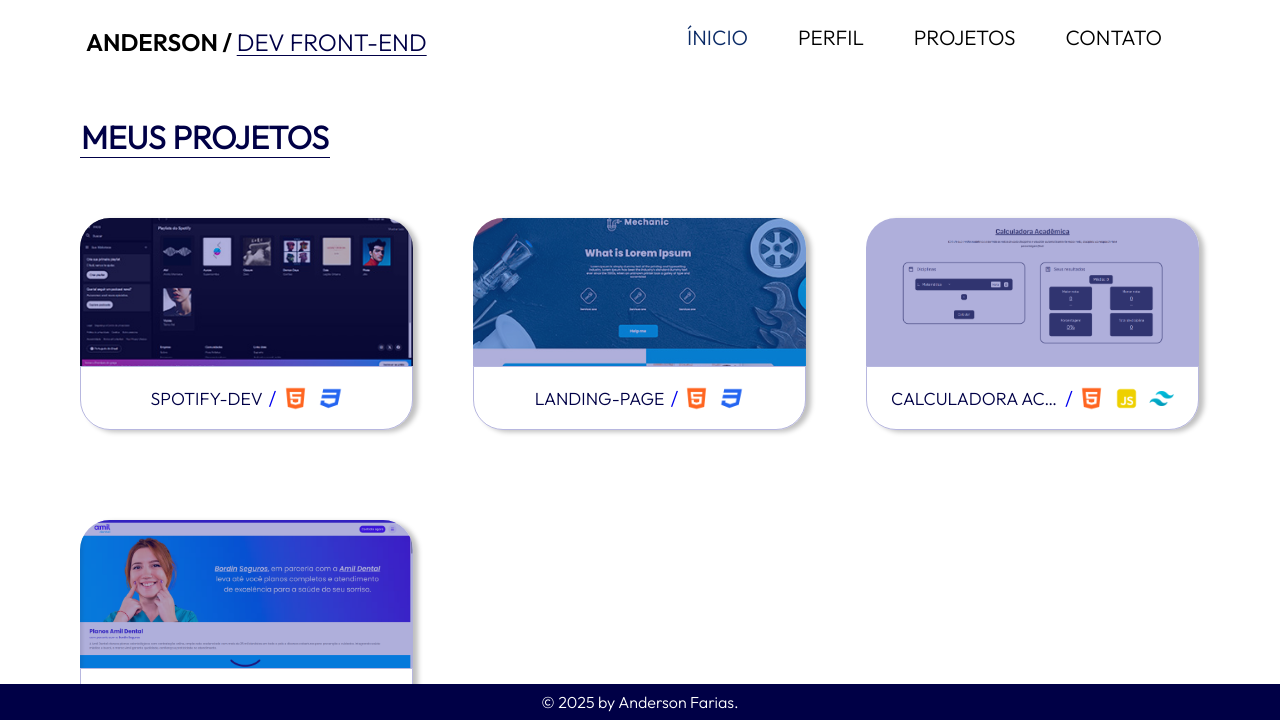
Repository: AndersonGSFarias/Portfolio
Page: html/projects.html
An editor plug-in stored every save of this project. The page is shown before and after the next save, followed by the edit.
The browser window is 1280 px wide. The pictures show the whole page.
An inner scrolling area shows only its first screen.

Above is the page before, as saved 2025-09-16 21:23:18.

After the next save:
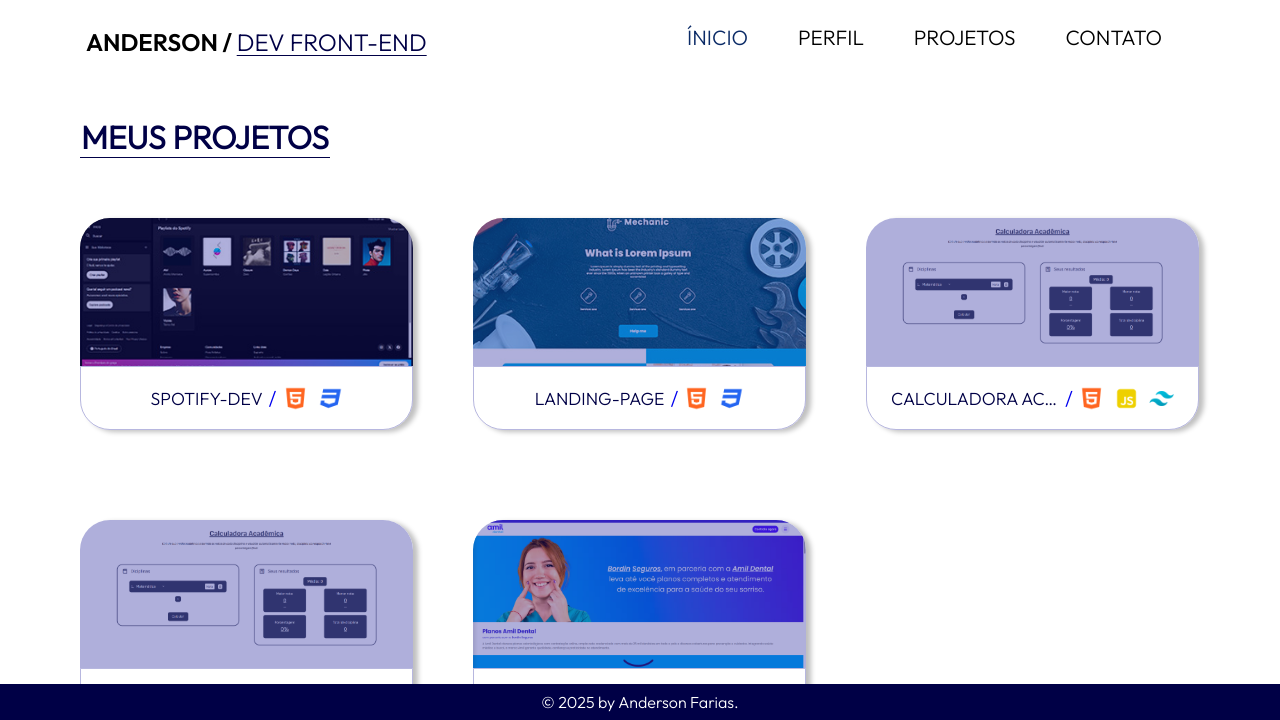
Saved 13 s later.
--- a/html/projects.html
+++ b/html/projects.html
@@ -104,6 +104,24 @@
                 </div>
               </article>
             </a>
+
+            <a class="galery" rel="noopener noreferrer" target="_blank" href="https://gpa-calculator-tailwind.vercel.app/">
+              <article class="project-box">
+                <div class="project-top">
+                  <img src="../img/projects/gpa-calculator.png" alt="Calculadora de Média Academica" />
+                  <div class="overlay"></div>
+                </div>
+                <div class="project-bottom">
+                  <p>Calculadora Academica</p>
+                  <span>/</span>
+                  <div class="technologys">
+                    <img class="technology-used" src="../img/technology-icons/html5.png" alt="Ícone da tecnologia HTML5" />
+                    <img class="technology-used" src="../img/technology-icons/javascript.png" alt="Ícone da tecnologia JavaScript" />
+                    <img class="technology-used" src="../img/technology-icons/tailwind.png" alt="Ícone da tecnologia TailwindCSS" />
+                  </div>
+                </div>
+              </article>
+            </a>
             <a class="project" rel="noopener noreferrer" target="_blank" href="https://amil-dental-bordin.vercel.app/">
               <article class="project-box">
                 <div class="project-top">
